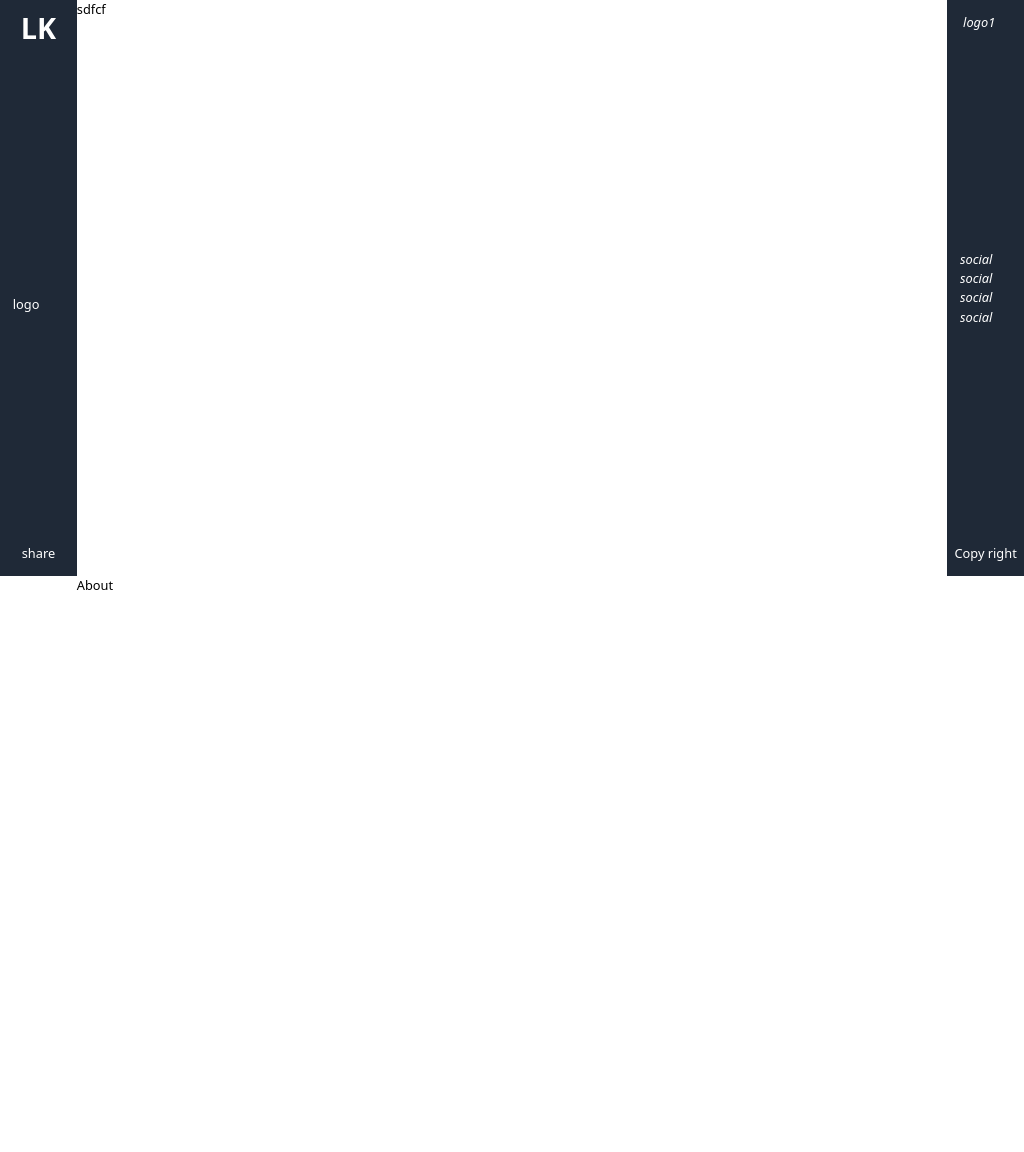
Repository: linco6054/template-tailwindcss
Page: index.html
The author's editor kept a copy of each file at every save. The page is drawn from the files as they stood at one save, then again after a run of saves.
The browser window is 1280 px wide. The pictures show the whole page, at 80% of full size.

Above is the page before, as saved 2021-08-17 15:47:01.

After the next 2 saves:
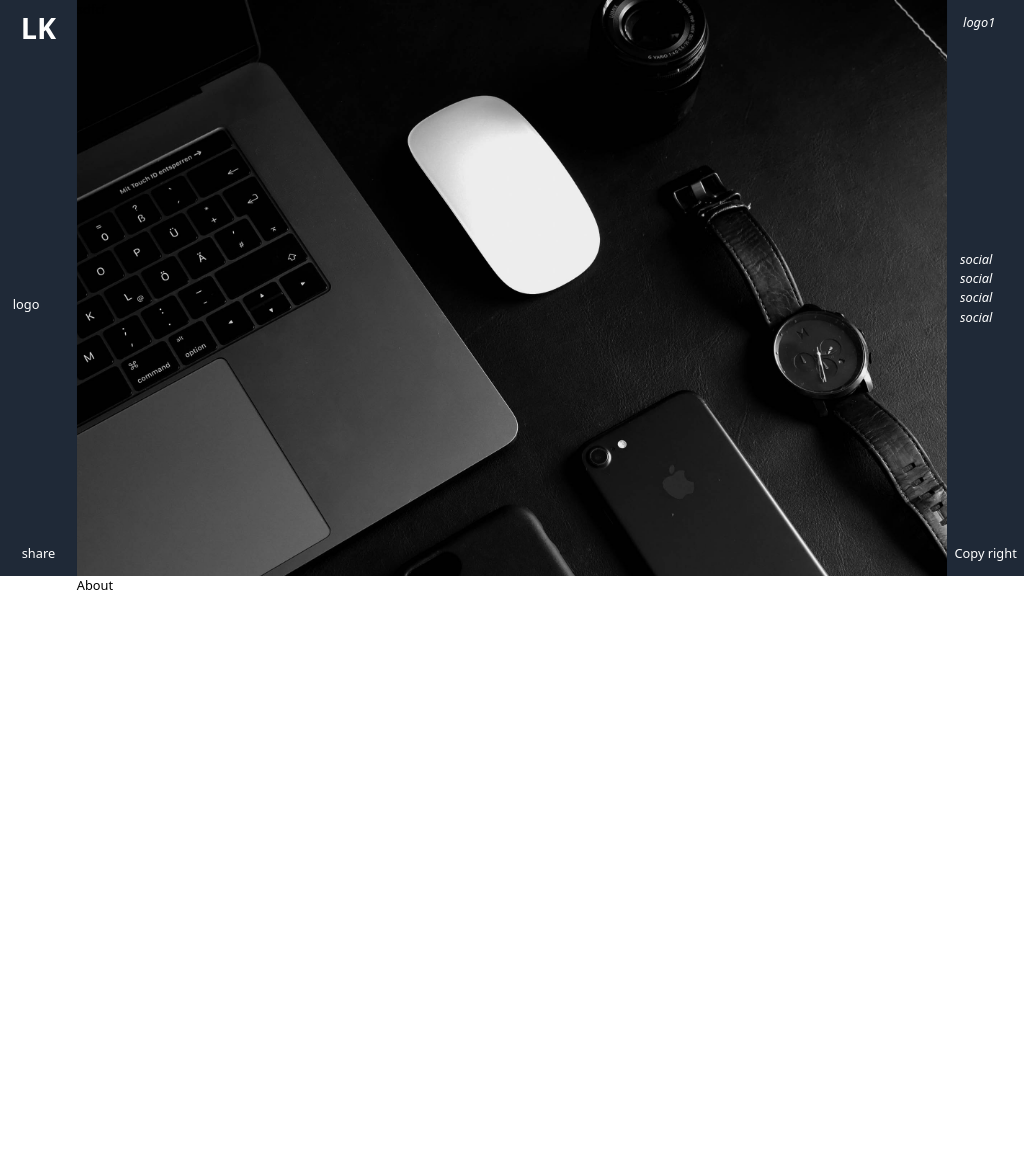
The 2 saves are shown as one change because they came seconds apart.
The last was saved 13 s later.
--- a/index.html
+++ b/index.html
@@ -48,8 +48,8 @@
         text-black
       ">
       <div class="h-screen w-full relative overflow-hidden">
-        <!-- <img class="absolute z-0" src="/images/bg.jpg" alt="">
-        -->
+       <img class="absolute z-0" src="/images/bg.jpg" alt="">
+
         <div class=" absolute top-0 left-0">
           sdfcf
         </div>
